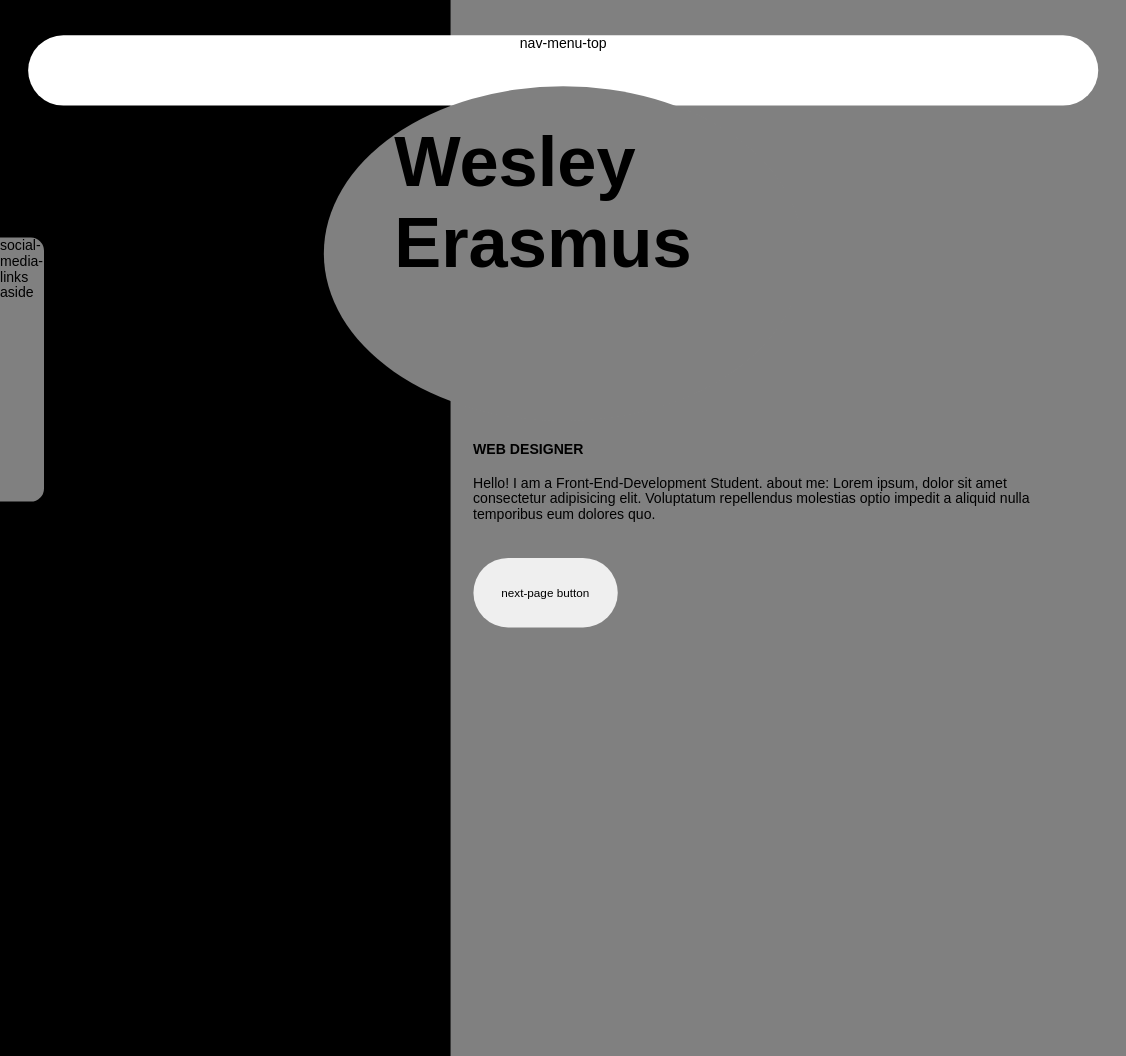
Repository: WesleyErasmus/MyDigitalResume-4
Page: index.html
The author's editor kept a copy of each file at every save. The page is drawn from the files as they stood at one save, then again after the next save.
The browser window is 1280 px wide. The pictures show the whole page, at 88% of full size.

Above is the page before, as saved 2022-02-15 21:42:39.

### index.html
<!DOCTYPE html>
<html lang="en">
<head>
    <meta charset="UTF-8">
    <meta http-equiv="X-UA-Compatible" content="IE=edge">
    <meta name="viewport" content="width=device-width, initial-scale=1.0">
    <title>Wesley Erasmus Digital Resume 4 Project</title>
    <link rel="stylesheet" href="stylesheet.css">
</head>
<body>
    <!-- Landing page -->
    <header class="nav-menu-top">
        <!-- Name / Logo (jumbotron) / download CV / etc -->
        <p>nav-menu-top</p>
    </header>

    <aside class="self-portrait">
        <!-- creative image of myself -->
        <p>aside with large portrait image of myself</p>
    </aside>
    <nav class="social-media-links">
        <!-- side social media icons (float left / column direction) -->
        <p>social-media-links aside</p>
    </nav>
        <h1 class="name">
            <span class="name">
                Wesley
                <br>
                Erasmus
            </span>
        </h1>
        <!-- main bio; FED student / link to 2nd html page with CV content -->
     <article>
         <h4 ID="title">WEB DESIGNER</h4>
        <div class="about-me">
            <p>Hello! I am a Front-End-Development Student. about me: Lorem ipsum, dolor sit amet consectetur adipisicing elit. Voluptatum repellendus molestias optio impedit a aliquid nulla temporibus eum dolores quo.</p>
        </div>
        <button class="next-page">
            next-page button
        </button>
    </article>


</body>
</html>

### stylesheet.css

* {
    font-family: Arial, Helvetica, sans-serif;
    margin: 0;
    padding: 0;
}
@media screen
  and (min-device-width: 1200px)
  and (max-device-width: 1600px)
  and (-webkit-min-device-pixel-ratio: 1) {
}

body {
    background-color: grey;
/* position: relative; */
}
header.nav-menu-top {
    position: relative;
    text-align: center;
    margin: 0 auto;
    width: 95%;
    height: 80px;
    border-radius: 50px;
    margin-top: 40px;
    background-color: #fff;
}
aside.self-portrait {
    z-index: -1;
    background-color: black;
    position: absolute;
    /* position: fixed; */
    top: 0;
    left: 0;
    height: 1200px;
    width: 40%;
}
nav.social-media-links {
    position: relative;
    height: 300px;
    width: 50px;
    float: left;
    top: 150px;
    left: 0px;
    background-color: grey;
    border-radius: 0 15px 15px 0;
}
h1.name {
background-color: grey;
margin: 0 auto;
width: 30vw;
height: 300px;
margin: 0;
position: absolute;
top: 40%;
left: 50vw;
-ms-transform: translate(-50%, -50%);
transform: translate(-50%, -50%);
padding: 40px 80px 40px 80px;
font-size: 80px;
/* border-radius:150px 0 0 150px; */
border-radius: 50%;
}
span#name {
    margin: 0;
    top: 50%;
    /* centre text vertically */
}
article {
    width: 50%;
    left: 41%;
    position: absolute;
    height: 500px;
    top: 68vh;
    padding: 1%;
}
h4#title {
    margin-bottom: 20px;
}
button.next-page {
    margin-top: 40px;
    padding: 2rem;
    border-radius: 50px;
    border: none;
}

After the next save:
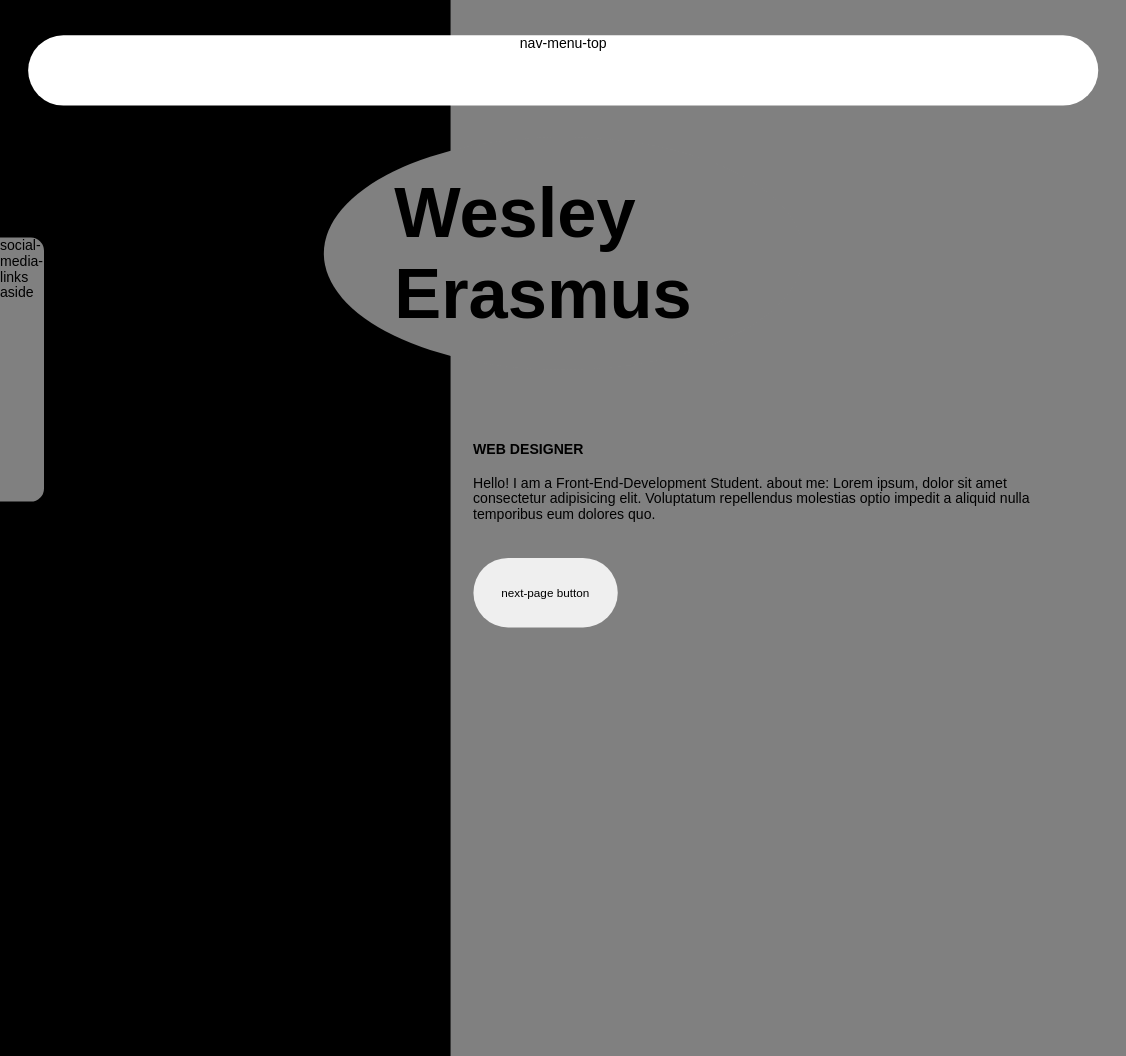
Saved 13 s later.
--- a/stylesheet.css
+++ b/stylesheet.css
@@ -48,7 +48,7 @@
 background-color: grey;
 margin: 0 auto;
 width: 30vw;
-height: 300px;
+height: auto;
 margin: 0;
 position: absolute;
 top: 40%;

After the save that followed:
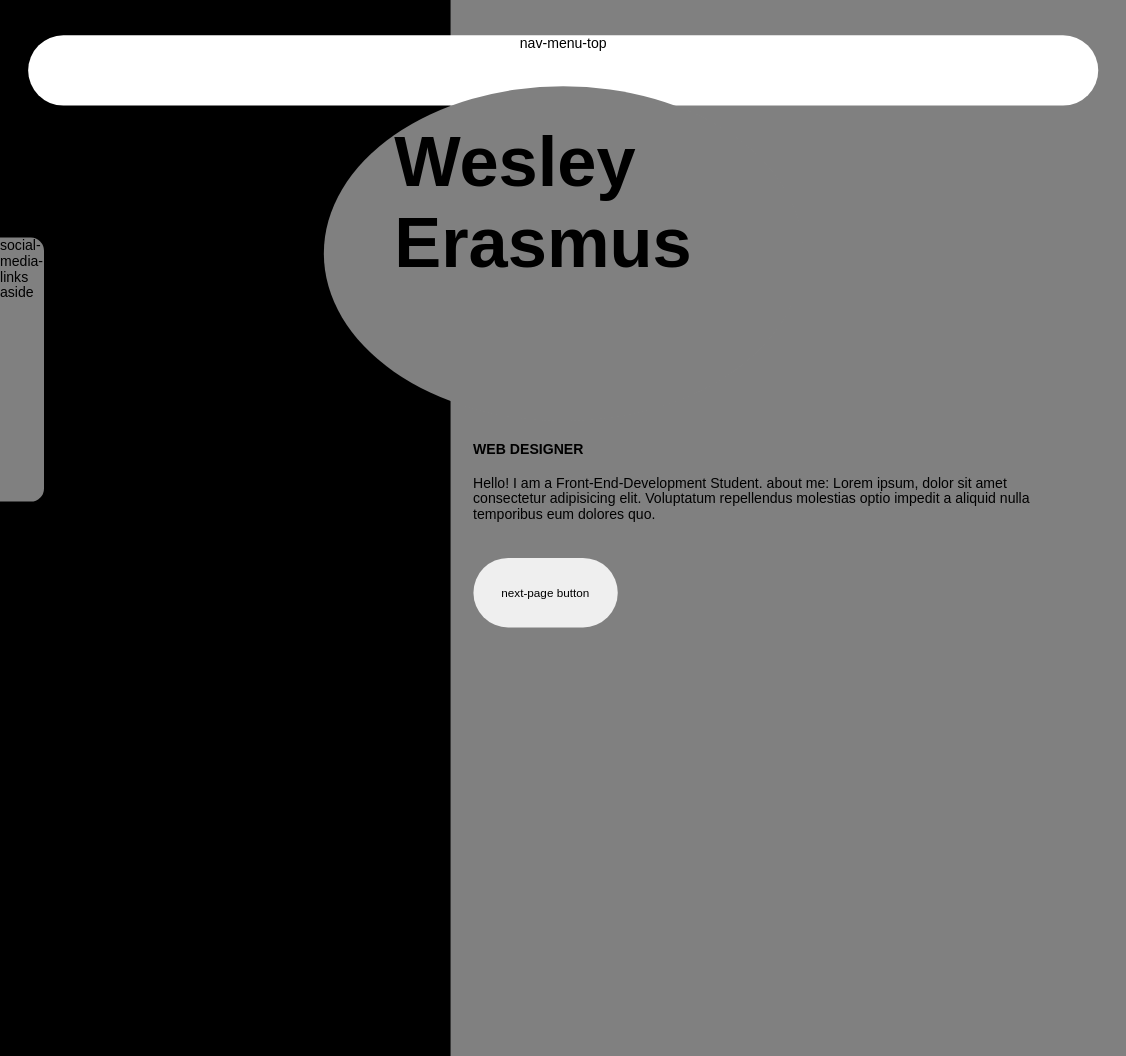
Saved 10 s later.
--- a/stylesheet.css
+++ b/stylesheet.css
@@ -48,7 +48,7 @@
 background-color: grey;
 margin: 0 auto;
 width: 30vw;
-height: auto;
+height: 300px;
 margin: 0;
 position: absolute;
 top: 40%;
